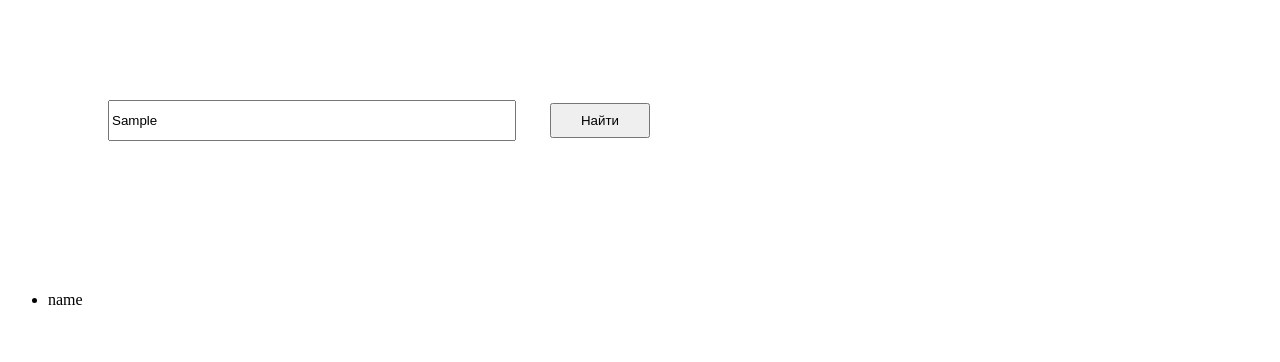
Repository: Grid-Master/repositoriesSearch
Page: index.html
These files come from the project's save history. The page is drawn as it stood at one moment and after the next save; the edit follows.
The browser window is 1280 px wide. The pictures show the whole page.
Empty fields were first filled with sample values (such as "Sample", 5 or name@example.com).
After loading, the first visible `form` was submitted once.

Above is the page before, as saved 2023-03-05 21:02:33.

After the next save:
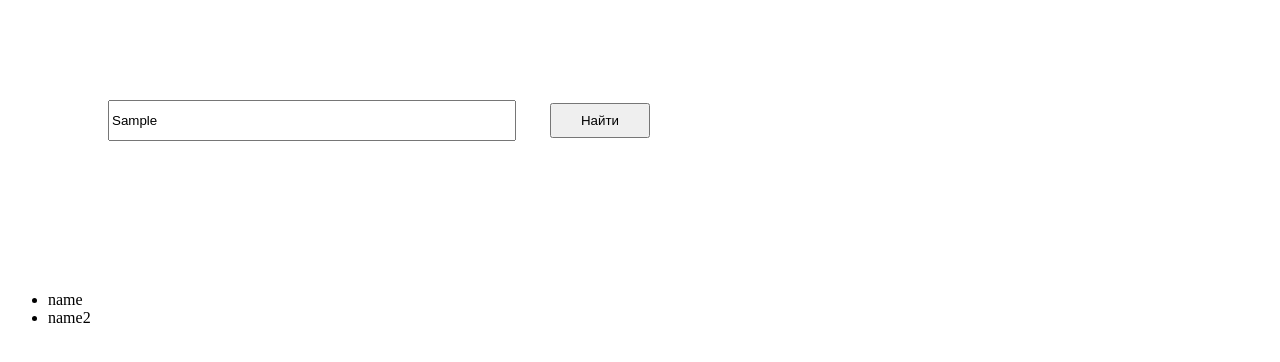
Saved 3 min 53 s later.
--- a/script.js
+++ b/script.js
@@ -16,11 +16,11 @@ function searchRepositories() {
   let name = document.getElementById('reposName').value;
   let list = document.getElementById('list');
 
-  console.log(list.innerHTML);
+  console.log(list.append);
 
   if (name) {
-    // for(let i =0; i< repositories.length; i++) {
-    //     list.innerHTML
-    // }
+    let li = document.createElement('li');
+    li.innerHTML = 'name2';
+    list.append(li);
   }
 }
